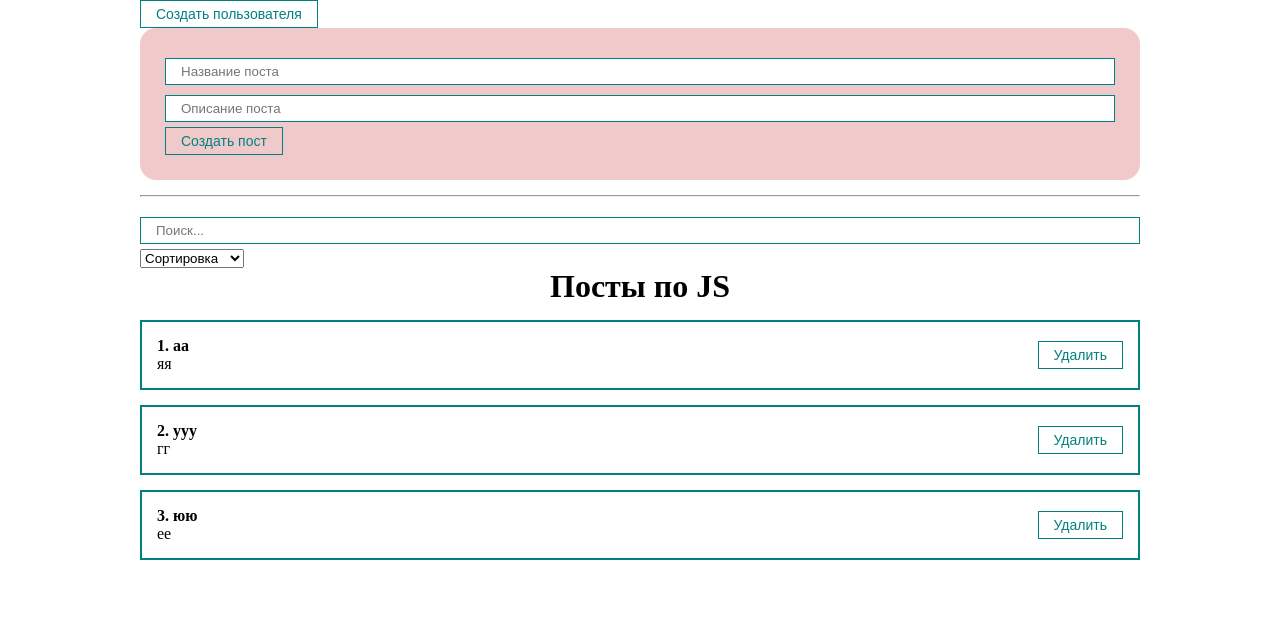
Repository: otvertka/ulb
Page: /
These files come from the project's save history. The page is drawn as it stood at one moment and after the next save; the edit follows.
The browser window is 1280 px wide. The pictures show the whole page.
The project was rebuilt for these pictures with package versions that can differ from the ones it lists, and the page was loaded fresh each time. Also part of the build but not shown: src/components/Counter.jsx, src/components/ClassCounter.jsx.

Above is the page before, as saved 2023-06-13 13:22:52.

### public/index.html
<!DOCTYPE html>
<html lang="en">
  <head>
    <meta charset="utf-8" />
    <meta name="viewport" content="width=device-width, initial-scale=1" />

    <title>React App</title>
  </head>
  <body>
    <noscript>You need to enable JavaScript to run this app.</noscript>
    <div id="root">
      <!-- ЗДЕСЬ БУДЕТ НАШЕ JS ПРИЛОЖЕНИЕ -->
    </div>
  </body>
</html>

### src/index.js
import React from "react";
import ReactDOM from "react-dom";
import App from "./App";

// const root = ReactDOM.createRoot(document.getElementById("root"));
// root.render(<App />);
ReactDOM.render(<App />, document.getElementById("root"));

### src/App.js
import React, { useState, useMemo, useRef } from "react";

import Counter from "./components/Counter";
import ClassCounter from "./components/ClassCounter";
import "./styles/App.css";
import PostItem from "./components/PostItem";
import PostList from "./components/PostList";
import MyButton from "./components/UI/button/MyButton";
import MyInput from "./components/UI/input/MyInput";
import PostForm from "./components/PostForm";
import MySelect from "./components/UI/select/MySelect";
import PostFilter from "./components/PostFilter";
import MyModal from "./components/UI/MyModal/MyModal";

function App() {
  const [posts, setPosts] = useState([
    { id: 1, title: "аа", body: "яя" },
    { id: 2, title: "ууу", body: "гг" },
    { id: 3, title: "юю", body: "ее" },
  ]);

  const [filter, setFilter] = useState({ sort: "", query: "" });
  const [modal, setModal] = useState(false);

  const sortedPosts = useMemo(() => {
    // console.log("ОТРАБОТАЛА ФУНКЦИЯ СОРТЕД ПОСТ");
    if (filter.sort) {
      return [...posts].sort(
        (a, b) => a[filter.sort].localeCompare(b[filter.sort]) // развернём Посты в новый массив и мутируем его
      );
    }
    return posts;
  }, [filter.sort, posts]);

  const sortedAndSearchedPosts = useMemo(() => {
    return sortedPosts.filter((post) =>
      post.title.toLowerCase().includes(filter.query.toLowerCase())
    );
  }, [filter.query, sortedPosts]);

  const createPost = (newPost) => {
    setPosts([...posts, newPost]);
    setModal(false);
  };

  // Получаем post из дочернего компонента
  const removePost = (post) => {
    setPosts(posts.filter((p) => p.id !== post.id));
  };

  // импортируем компонент
  return (
    <div className="App">
      <MyButton onClick={() => setModal(true)}>Создать пользователя</MyButton>

      <MyModal visible={modal} setVisible={setModal}>
        <PostForm create={createPost} />
      </MyModal>

      <hr style={{ margin: "15px 0" }} />
      <PostFilter filter={filter} setFilter={setFilter} />
      <PostList
        remove={removePost}
        posts={sortedAndSearchedPosts}
        title="Посты по JS"
      />
    </div>
  );
}

export default App;

### src/styles/App.css
* {
  margin: 0;
  padding: 0;
  box-sizing: border-box;
}

/* Рут- блок из index.html */
#root {
  display: flex;
  justify-content: center;
}

.App {
  width: 1000px;
}

.post {
  display: flex;
  padding: 15px;
  border: 2px solid teal;
  margin-top: 15px;
  justify-content: space-between;
  align-items: center;
}

### src/components/PostItem.jsx
import React from "react";
import MyButton from "./UI/button/MyButton";

// Props - входные данные в контексте Реакта. Можно представлять, что это аргумент функции, в кот. мы можем что-то передавать снаружи
const PostItem = (props) => {
  // console.log(props);
  return (
    <div className="post">
      <div className="post__content">
        <strong>
          {props.number}. {props.post.title}
        </strong>
        <div>{props.post.body}</div>
      </div>
      <div className="post__btns">
        <MyButton onClick={() => props.remove(props.post)}>Удалить</MyButton>
      </div>
    </div>
  );
};

export default PostItem;

### src/components/PostList.jsx
import React from "react";
import PostItem from "./PostItem";

const PostList = ({ posts, title, remove }) => {
  return (
    <div>
      <h1 style={{ textAlign: "center" }}>{title}</h1>
      {posts.map((post, index) => (
        <PostItem
          remove={remove}
          number={index + 1}
          post={post}
          key={post.id}
        />
      ))}
    </div>
  );
};

export default PostList;

### src/components/UI/button/MyButton.jsx
import React from "react";
import classes from "./MyButton.module.css";

const MyButton = ({ children, ...props }) => {
  return (
    //
    <button {...props} className={classes.myBtn}>
      {children}
    </button>
  );
};

export default MyButton;

### src/components/UI/input/MyInput.jsx
import React from "react";
import classes from "./MyInput.module.css";

const MyInput = React.forwardRef((props, ref) => {
  return (
    //
    <input ref={ref} className={classes.myInput} {...props} />
  );
});

export default MyInput;

### src/components/PostForm.jsx
import React, { useState } from "react";
import MyInput from "./UI/input/MyInput";
import MyButton from "./UI/button/MyButton";

const PostForm = ({ create }) => {
  const [post, setPost] = useState({ title: "", body: "" });

  const addNewPost = (e) => {
    e.preventDefault();

    const newPost = { ...post, id: Date.now() };
    create(newPost);
    setPost({ title: "", body: "" });
  };
  return (
    <form>
      {/* Управляемый компонент */}
      <MyInput
        value={post.title}
        onChange={(e) => setPost({ ...post, title: e.target.value })}
        type="text"
        placeholder="Название поста"
      ></MyInput>
      {/* Неуправляемый\ Неконтролируемый компонент */}
      <MyInput
        value={post.body}
        onChange={(e) => setPost({ ...post, body: e.target.value })}
        type="text"
        placeholder="Описание поста"
      ></MyInput>
      <MyButton onClick={addNewPost}>Создать пост</MyButton>
    </form>
  );
};

export default PostForm;

### src/components/UI/select/MySelect.jsx
import React from "react";

const MySelect = ({ options, defaultValue, value, onChange }) => {
  return (
    //
    <select value={value} onChange={(event) => onChange(event.target.value)}>
      <option disabled value="">
        {defaultValue}
      </option>
      {options.map((option) => (
        <option key={option.value} value={option.value}>
          {option.name}
        </option>
      ))}
    </select>
  );
};

export default MySelect;

### src/components/PostFilter.jsx
import React from "react";
import MyInput from "./UI/input/MyInput";
import MySelect from "./UI/select/MySelect";

const PostFilter = ({ filter, setFilter }) => {
  return (
    //
    <div>
      <MyInput
        value={filter.query}
        onChange={(e) => setFilter({ ...filter, query: e.target.value })}
        placeholder="Поиск..."
      />
      <MySelect
        value={filter.sort}
        onChange={(selectedSort) =>
          setFilter({ ...filter, sort: selectedSort })
        }
        defaultValue="Сортировка"
        options={[
          { value: "title", name: "По названию" },
          { value: "body", name: "По описанию" },
        ]}
      />
    </div>
  );
};

export default PostFilter;

### src/components/UI/MyModal/MyModal.jsx
import React from "react";
import cl from "./MyModal.module.css";

const MyModal = ({ children, visible, setVisible }) => {
  const rootClasses = [cl.MyModal];

  if (visible) {
    rootClasses.push(cl.active);
  }
  return (
    <div className={rootClasses.join(" ")}>
      <div className={cl.myModalContent}>{children}</div>
    </div>
  );
};

export default MyModal;

### src/components/UI/MyModal/MyModal.module.css
.myModal {
  position: fixed;
  top: 0;
  bottom: 0;
  right: 0;
  left: 0;
  display: none;
  background: rgba(0, 0, 0, 0.4);
}

.myModalContent {
  padding: 25px;
  background: rgb(240, 202, 202);
  border-radius: 16px;
  min-width: 250px;
}

.myModal.active {
  display: flex;
  justify-content: center;
  align-items: center;
}

Loaded but not shown: src/components/UI/button/MyButton.module.css (common file); src/components/UI/input/MyInput.module.css (common file)

After the next save:
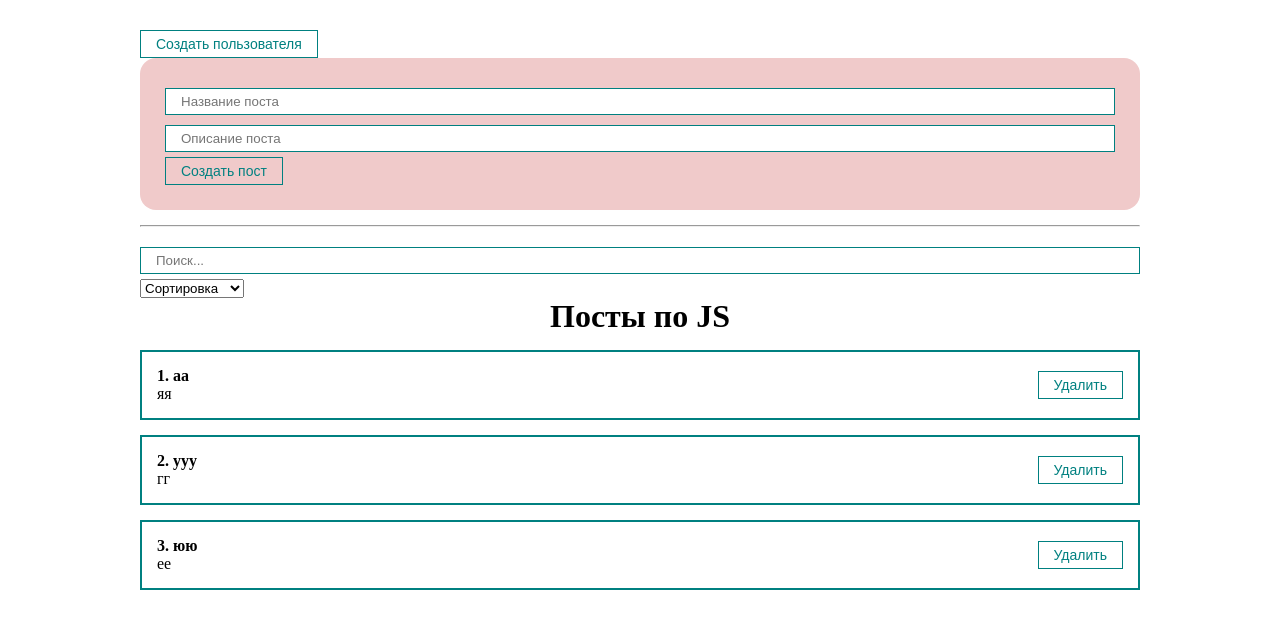
Saved 21 s later.
--- a/src/App.js
+++ b/src/App.js
@@ -51,7 +51,9 @@ function App() {
   // импортируем компонент
   return (
     <div className="App">
-      <MyButton onClick={() => setModal(true)}>Создать пользователя</MyButton>
+      <MyButton style={{ marginTop: 30 }} onClick={() => setModal(true)}>
+        Создать пользователя
+      </MyButton>
 
       <MyModal visible={modal} setVisible={setModal}>
         <PostForm create={createPost} />
